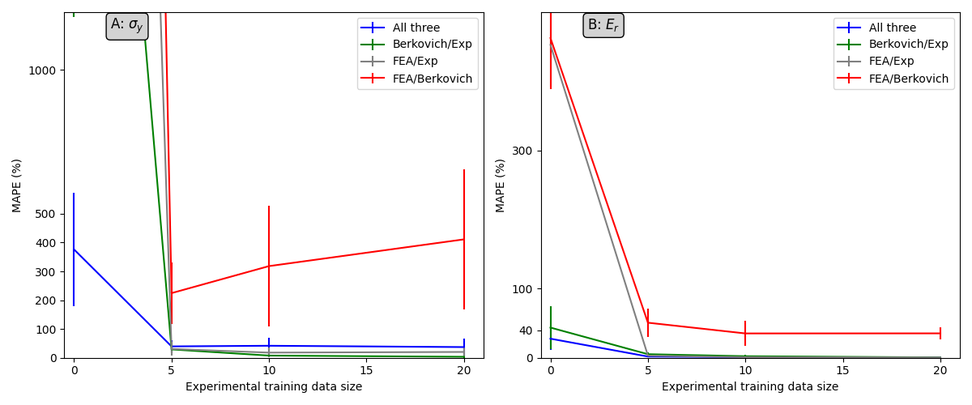
Repository: JoeSpencer1/NN_TiAlTa
Script's output: python src/figures.py
An editor plug-in stored every save of this project. The script's output is shown before and after the next save, followed by the edit.
The pictures are shown at 81% of full size.
Each picture stacks the figures in order, with grey between them; figures that are only written to a file come last. Random numbers start from a fixed seed.

Above is the script's output before, as saved 2024-01-17 11:15:16.

After the next save:
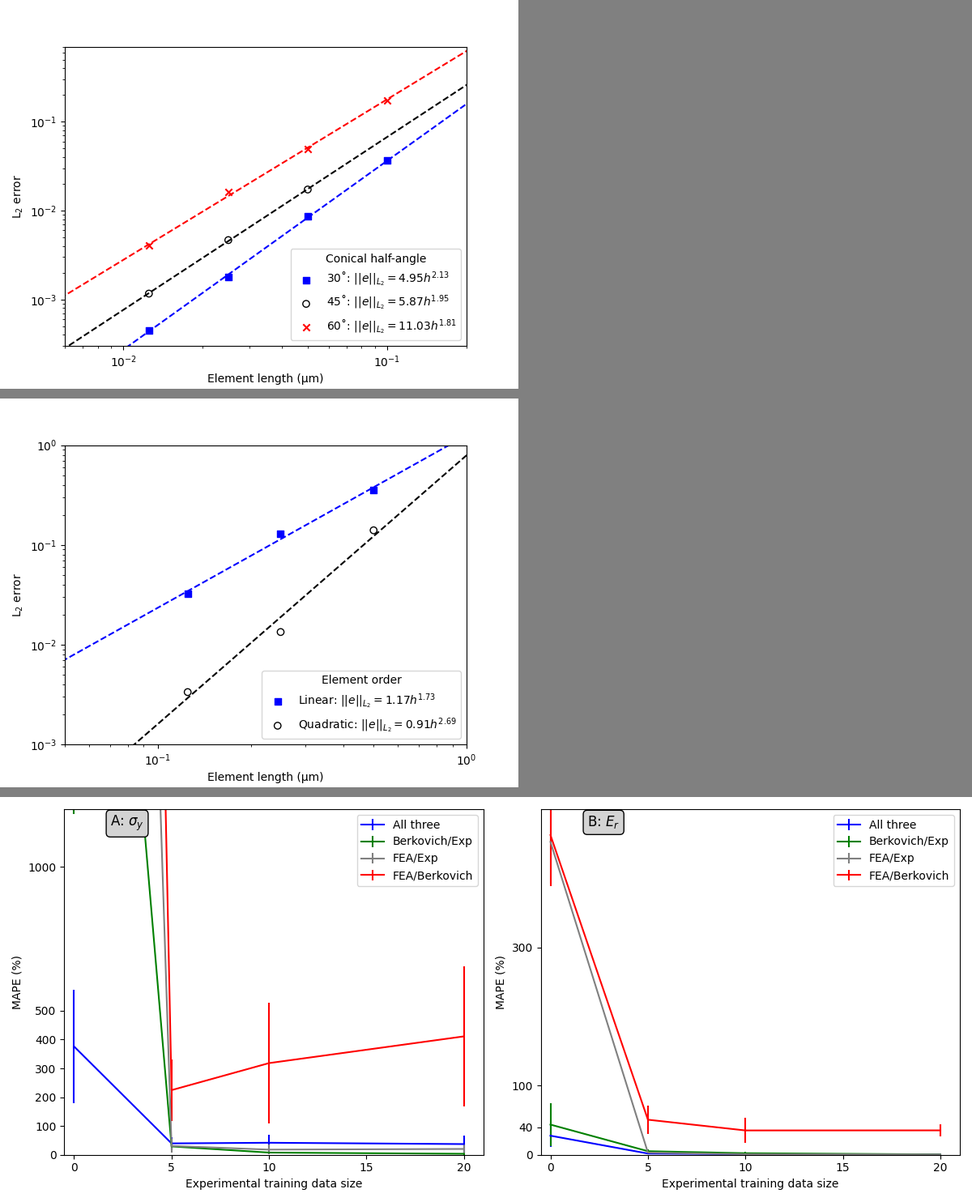
Saved 6 min 7 s later.
--- a/src/figures.py
+++ b/src/figures.py
@@ -148,7 +148,7 @@ ax2.annotate("B: $\sigma_{y}$ (750$^{\circ}$C)", xy=(0.15, 0.95), xycoords="axes
 plt.savefig("/Users/Joe/Desktop/figure3.jpeg", dpi=800, bbox_inches="tight")
 plt.show()
 '''
-'''
+
 Bqx = [0.125, 0.25, 0.5]
 Bqy = [0.003352735, 0.013410939, 0.140242188]
 Blx = [0.125, 0.25, 0.5]
@@ -214,7 +214,7 @@ leg = ax.legend(loc='lower right')
 leg.set_title('Element order')
 plt.savefig('/Users/joe/Desktop/figure4.jpeg', dpi=800, bbox_inches="tight")
 plt.show()
-'''
+''''''
 '''
 df = pd.read_csv('../data/model/compare.csv', skiprows=1)
 fig, ax = plt.subplots()
